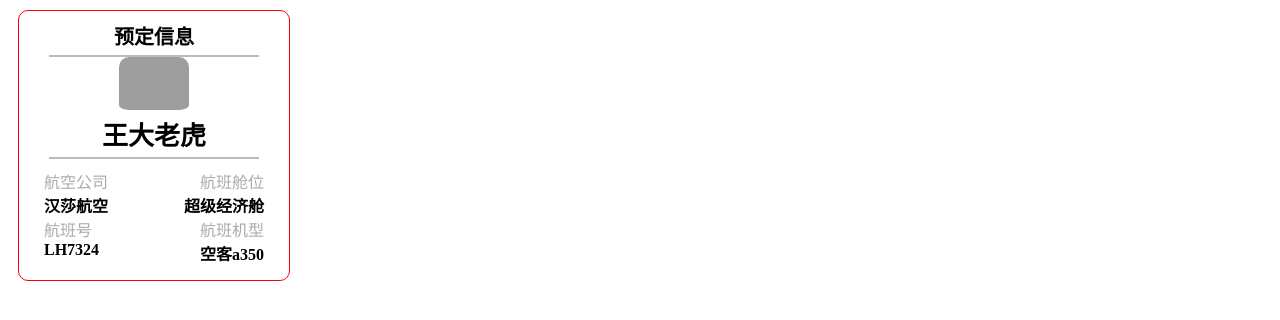
Repository: xzm1997/react-learning
Page: /
These files come from the project's save history. The page is drawn as it stood at one moment and after the next save; the edit follows.
The browser window is 1280 px wide. The pictures show the whole page.
Pictures or frames that could not be fetched are drawn as grey boxes. The project was rebuilt for these pictures with package versions that can differ from the ones it lists, and the page was loaded fresh each time.

Above is the page before, as saved 2023-01-31 10:52:04.

After the next save:
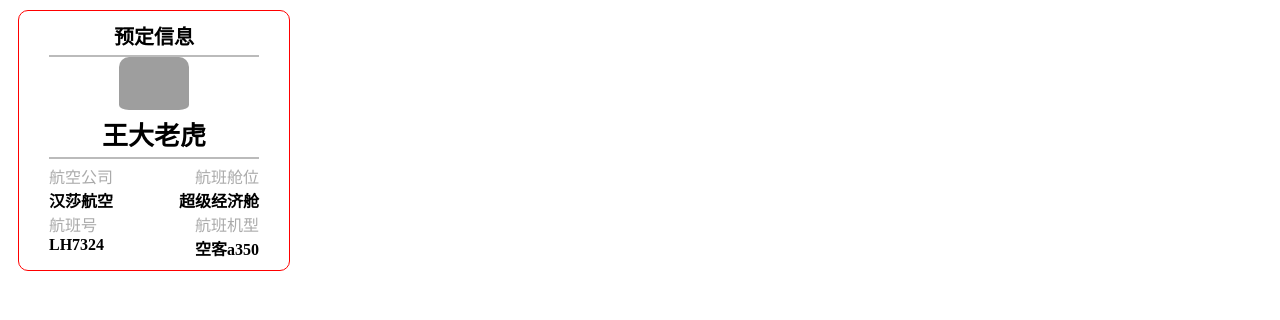
Saved 17 s later.
--- a/src/index.css
+++ b/src/index.css
@@ -53,7 +53,6 @@
 
 .infoItem {
   width: 105px;
-  margin: 5px;
 }
 
 .rightSide {
